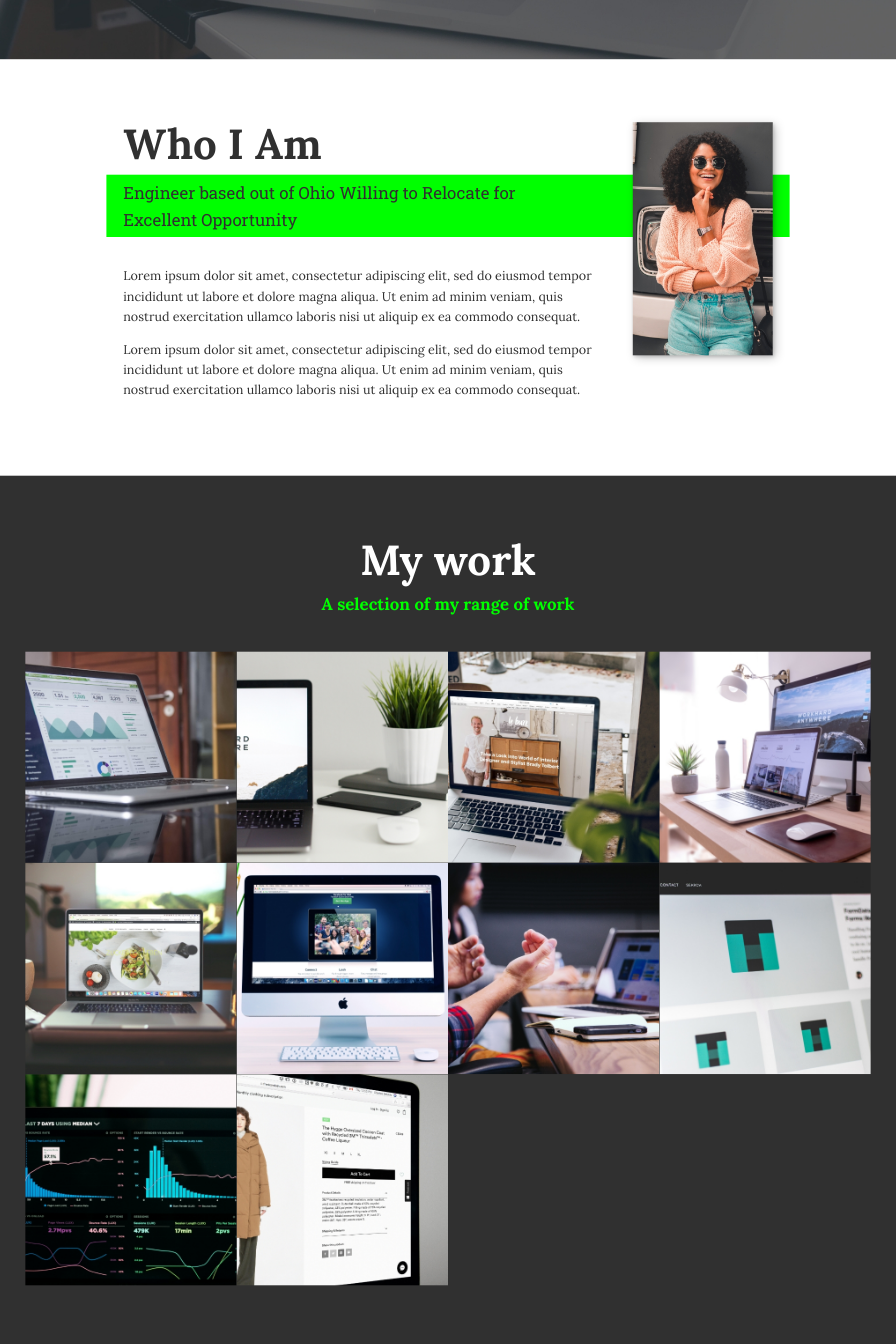
Repository: DinoDime/site
Page: index.html
The author's editor kept a copy of each file at every save. The page is drawn from the files as they stood at one save, then again after the next save.
The browser window is 1280 px wide. The pictures show the part of the page from y = 1141 to 3061 px (the page is 3313 px tall before and 3458 px after), at 70% of full size.
Some web libraries are served in a nearby version.

Above is the page before, as saved 2021-04-29 09:27:09.

### index.html
<!DOCTYPE html>
<html lang="en">
  <head>
    <link
      rel="stylesheet"
      href="https://cdnjs.cloudflare.com/ajax/libs/normalize/8.0.1/normalize.css"
    />
    <meta charset="UTF-8" />
    <meta name="viewport" content="width=device-width, initial-scale=1.0" />
    <title>Jess Perschke</title>
    <link
      rel="stylesheet"
      href="https://cdnjs.cloudflare.com/ajax/libs/normalize/7.0.0/normalize.min.css"
    />
    <link
      rel="stylesheet"
      href="https://cdnjs.cloudflare.com/ajax/libs/font-awesome/5.11.2/css/all.css"
      integrity="sha256-46qynGAkLSFpVbEBog43gvNhfrOj+BmwXdxFgVK/Kvc="
      crossorigin="anonymous"
    />

    <!-- Update these with your own fonts -->
    <link
      href="https://fonts.googleapis.com/css?family=Lora:400,700|Roboto+Slab:400,700&display=swap"
      rel="stylesheet"
    />

    <link rel="stylesheet" href="css/style.css" />
  </head>
  <body>
    <header>
      <button class="nav-toggle" aria-label="toggle navigation">
        <span class="hamburger"></span>
      </button>
      <nav class="nav">
        <ul class="nav__list">
          <li class="nav__item"><a href="#home" class="nav__link">Home</a></li>
          <li class="nav__item">
            <a href="#services" class="nav__link">My Services</a>
          </li>
          <li class="nav__item">
            <a href="#about" class="nav__link">About Me</a>
          </li>
          <li class="nav__item">
            <a href="#work" class="nav__link">My Work</a>
          </li>
        </ul>
      </nav>
    </header>

    <!-- Introduction -->
    <section class="intro" id="home">
      <h1 class="section__title section__title--intro">
        Hi, I'm <strong>Jess</strong>
      </h1>
      <p class="section__subtitle section__subtitle--intro">
        software engineer
      </p>
      <img
        src="img/jess.jpg"
        alt="a picture of Jess Perschke smiling"
        class="intro__img"
      />
    </section>

    <!-- My services -->
    <section class="my-services" id="services">
      <h2 class="section__title section__title--services">
        Experience and Resume
      </h2>
      <div class="services">
        <div class="service">
          <h3>Skills</h3>
          <p>
            Lorem ipsum dolor sit amet, consectetur adipiscing elit, sed do
            eiusmod tempor incididunt ut labore et dolore magna aliqua. Ut enim
            ad minim veniam, quis nostrud exercitation ullamco laboris nisi ut
            aliquip ex ea commodo consequat.
          </p>
        </div>
        <!-- / service -->

        <div class="service">
          <h3>Resume</h3>
          <p>
            Lorem ipsum dolor sit amet, consectetur adipiscing elit, sed do
            eiusmod tempor incididunt ut labore et dolore magna aliqua. Ut enim
            ad minim veniam, quis nostrud exercitation ullamco laboris nisi ut
            aliquip ex ea commodo consequat.
          </p>
        </div>
        <!-- / service -->

        <div class="service">
          <h3>Recommendation Letters</h3>
          <p>
            Lorem ipsum dolor sit amet, consectetur adipiscing elit, sed do
            eiusmod tempor incididunt ut labore et dolore magna aliqua. Ut enim
            ad minim veniam, quis nostrud exercitation ullamco laboris nisi ut
            aliquip ex ea commodo consequat.
          </p>
        </div>
        <!-- / service -->
      </div>
      <!-- / services -->

      <a href="#work" class="btn">My Work</a>
    </section>

    <!-- About me -->
    <section class="about-me" id="about">
      <h2 class="section__title section__title--about">Who I Am</h2>
      <p class="section__subtitle section__subtitle--about">
        Engineer based out of Ohio Willing to Relocate for Excellent Opportunity
      </p>

      <div class="about-me__body">
        <p>
          Lorem ipsum dolor sit amet, consectetur adipiscing elit, sed do
          eiusmod tempor incididunt ut labore et dolore magna aliqua. Ut enim ad
          minim veniam, quis nostrud exercitation ullamco laboris nisi ut
          aliquip ex ea commodo consequat.
        </p>
        <p>
          Lorem ipsum dolor sit amet, consectetur adipiscing elit, sed do
          eiusmod tempor incididunt ut labore et dolore magna aliqua. Ut enim ad
          minim veniam, quis nostrud exercitation ullamco laboris nisi ut
          aliquip ex ea commodo consequat.
        </p>
      </div>

      <img
        src="img/dev-jane-02.jpg"
        alt="Jane leaning against a bus"
        class="about-me__img"
      />
    </section>

    <!-- My Work -->
    <section class="my-work" id="work">
      <h2 class="section__title section__title--work">My work</h2>
      <p class="section__subtitle section__subtitle--work">
        A selection of my range of work
      </p>

      <div class="portfolio">
        <!-- Portfolio item 01 -->
        <a href="portfolio-item.html" class="portfolio__item">
          <img src="img/portfolio-01.jpg" alt="" class="portfolio__img" />
        </a>

        <!-- Portfolio item 02 -->
        <a href="portfolio-item.html" class="portfolio__item">
          <img src="img/portfolio-02.jpg" alt="" class="portfolio__img" />
        </a>

        <!-- Portfolio item 03 -->
        <a href="portfolio-item.html" class="portfolio__item">
          <img src="img/portfolio-03.jpg" alt="" class="portfolio__img" />
        </a>

        <!-- Portfolio item 04 -->
        <a href="portfolio-item.html" class="portfolio__item">
          <img src="img/portfolio-04.jpg" alt="" class="portfolio__img" />
        </a>

        <!-- Portfolio item 05 -->
        <a href="portfolio-item.html" class="portfolio__item">
          <img src="img/portfolio-05.jpg" alt="" class="portfolio__img" />
        </a>

        <!-- Portfolio item 06 -->
        <a href="portfolio-item.html" class="portfolio__item">
          <img src="img/portfolio-06.jpg" alt="" class="portfolio__img" />
        </a>

        <!-- Portfolio item 07 -->
        <a href="portfolio-item.html" class="portfolio__item">
          <img src="img/portfolio-07.jpg" alt="" class="portfolio__img" />
        </a>

        <!-- Portfolio item 08 -->
        <a href="#" class="portfolio__item">
          <img src="img/portfolio-08.jpg" alt="" class="portfolio__img" />
        </a>

        <!-- Portfolio item 09 -->
        <a href="#" class="portfolio__item">
          <img src="img/portfolio-09.jpg" alt="" class="portfolio__img" />
        </a>

        <!-- Portfolio item 0 0-->
        <a href="#" class="portfolio__item">
          <img src="img/portfolio-10.jpg" alt="" class="portfolio__img" />
        </a>
      </div>
    </section>

    <!-- Footer -->
    <footer class="footer">
      <!-- replace with your own email address -->
      <a href="mailto:jessicaperschke@mailbox.org" class="footer__link"
        >jessicaperschke@mailbox.org</a
      >
      <ul class="social-list">
        <li class="social-list__item">
          <a class="social-list__link" href="https://github.com">
            <i class="fab fa-github"></i>
          </a>
        </li>
      </ul>
    </footer>

    <script src="js/index.js"></script>
  </body>
</html>

### css/style.css
*,
*::before,
*::after {
  box-sizing: border-box;
}

/* Custom Properties, update these for your own design */

:root {
  --ff-primary: "Lora", serif;
  --ff-secondary: "Roboto Slab", serif;

  --fw-reg: 400;
  --fw-bold: 700;

  --clr-light: #fff;
  --clr-dark: #303030;
  --clr-accent: lime;

  --fs-h1: 3rem;
  --fs-h2: 2.25rem;
  --fs-h3: 1.25rem;
  --fs-body: 1rem;

  --bs: 0.25em 0.25em 0.75em rgba(0, 0, 0, 0.25),
    0.125em 0.125em 0.25em rgba(0, 0, 0, 0.15);
}

@media (min-width: 800px) {
  :root {
    --fs-h1: 4.5rem;
    --fs-h2: 3.75rem;
    --fs-h3: 1.5rem;
    --fs-body: 1.125rem;
  }
}

/* General styles */

/* endable this to add smooth scrolling */
/* html {
    scroll-behavior: smooth;
} */

body {
  background: var(--clr-light);
  color: var(--clr-dark);
  margin: 0;
  font-family: var(--ff-primary);
  font-size: var(--fs-body);
  line-height: 1.6;
}

section {
  padding: 5em 2em;
}

img {
  display: block;
  max-width: 100%;
}

strong {
  font-weight: var(--fw-bold);
}

:focus {
  outline: 3px solid var(--clr-accent);
  outline-offset: 3px;
}

/* Buttons */

.btn {
  display: inline-block;
  padding: 0.5em 2.5em;
  background: var(--clr-accent);
  color: var(--clr-dark);
  text-decoration: none;
  cursor: pointer;
  font-size: 0.8rem;
  text-transform: uppercase;
  letter-spacing: 2px;
  font-weight: var(--fw-bold);
  transition: transform 200ms ease-in-out;
}

.btn:hover {
  transform: scale(1.1);
}

/* Typography */

h1,
h2,
h3 {
  line-height: 1;
  margin: 0;
}

h1 {
  font-size: var(--fs-h1);
}
h2 {
  font-size: var(--fs-h2);
}
h3 {
  font-size: var(--fs-h3);
}

.section__title {
  margin-bottom: 0.25em;
}

.section__title--intro {
  font-weight: var(--fw-reg);
}

.section__title--intro strong {
  display: block;
}

.section__subtitle {
  margin: 0;
  font-size: var(--fs-h3);
}

.section__subtitle--intro,
.section__subtitle--about {
  background: var(--clr-accent);
  padding: 0.25em 1em;
  font-family: var(--ff-secondary);
  margin-bottom: 1em;
}

.section__subtitle--work {
  color: var(--clr-accent);
  font-weight: var(--fw-bold);
  margin-bottom: 2em;
}

/* header */

header {
  display: flex;
  justify-content: space-between;
  padding: 1em;
}

.logo {
  max-width: 100px;
}

.nav {
  position: fixed;
  background: var(--clr-dark);
  color: var(--clr-light);
  top: 0;
  bottom: 0;
  left: 0;
  right: 0;
  z-index: 100;

  transform: translateX(100%);
  transition: transform 250ms cubic-bezier(0.5, 0, 0.5, 1);
}

.nav__list {
  list-style: none;
  display: flex;
  height: 100%;
  flex-direction: column;
  justify-content: space-evenly;
  align-items: center;
  margin: 0;
  padding: 0;
}

.nav__link {
  color: inherit;
  font-weight: var(--fw-bold);
  font-size: var(--fs-h2);
  text-decoration: none;
}

.nav__link:hover {
  color: var(--clr-accent);
}

.nav-toggle {
  padding: 0.5em;
  background: transparent;
  border: 0;
  cursor: pointer;
  position: absolute;
  right: 1em;
  top: 1em;
  z-index: 1000;
}

.nav-open .nav {
  transform: translateX(0);
}

.nav-open .nav-toggle {
  position: fixed;
}

.nav-open .hamburger {
  transform: rotate(0.625turn);
}

.nav-open .hamburger::before {
  transform: rotate(90deg) translateX(-6px);
}

.nav-open .hamburger::after {
  opacity: 0;
}

.hamburger {
  display: block;
  position: relative;
}

.hamburger,
.hamburger::before,
.hamburger::after {
  background: var(--clr-accent);
  width: 2em;
  height: 3px;
  border-radius: 1em;
  transition: transform 250ms ease-in-out;
}

.hamburger::before,
.hamburger::after {
  content: "";
  position: absolute;
  left: 0;
  right: 0;
}

.hamburger::before {
  top: 6px;
}
.hamburger::after {
  bottom: 6px;
}

/*  Intro section  */

.intro {
  position: relative;
}

.intro__img {
  box-shadow: var(--bs);
}

.section__subtitle--intro {
  display: inline-block;
}

@media (min-width: 600px) {
  .intro {
    display: grid;
    width: min-content;
    margin: 0 auto;
    grid-column-gap: 1em;
    grid-template-areas:
      "img title"
      "img subtitle";
    grid-template-columns: min-content max-content;
  }

  .intro__img {
    grid-area: img;
    min-width: 250px;
    position: relative;
    z-index: 2;
  }

  .section__subtitle--intro {
    align-self: start;
    grid-column: -1 / 1;
    grid-row: 2;
    text-align: right;
    position: relative;
    left: -1.5em;
    width: calc(100% + 1.5em);
  }
}

/*  My services section  */

.my-services {
  background-color: var(--clr-dark);
  background-image: url(../img/services-bg.jpg);
  background-size: cover;
  /* background-blend-mode: multiply; */
  color: var(--clr-light);
  text-align: center;
}

.section__title--services {
  color: var(--clr-accent);
  position: relative;
}

.section__title--services::after {
  content: "";
  display: block;
  width: 2em;
  height: 1px;
  margin: 0.5em auto 1em;
  background: var(--clr-light);
  opacity: 0.25;
}

.services {
  margin-bottom: 4em;
}

.service {
  max-width: 500px;
  margin: 0 auto;
}

@media (min-width: 800px) {
  .services {
    display: flex;
    max-width: 1000px;
    margin-left: auto;
    margin-right: auto;
  }

  .service + .service {
    margin-left: 2em;
  }
}

.about-me {
  max-width: 1000px;
  margin: 0 auto;
}

.about-me__img {
  box-shadow: var(--bs);
}

@media (min-width: 600px) {
  .about-me {
    display: grid;
    grid-template-columns: 1fr 200px;
    grid-template-areas:
      "title img"
      "subtitle img"
      "text img";
    grid-column-gap: 2em;
  }

  .section__title--about {
    grid-area: title;
  }

  .section__subtitle--about {
    grid-column: 1 / -1;
    grid-row: 2;
    position: relative;
    left: -1em;
    width: calc(100% + 2em);
    padding-left: 1em;
    padding-right: calc(200px + 4em);
  }

  .about-me__img {
    grid-area: img;
    position: relative;
    z-index: 2;
  }
}

/* My Work */

.my-work {
  background-color: var(--clr-dark);
  color: var(--clr-light);
  text-align: center;
}

.portfolio {
  display: grid;
  grid-template-columns: repeat(auto-fit, minmax(300px, 1fr));
}

.portfolio__item {
  background: var(--clr-accent);
  overflow: hidden;
}

.portfolio__img {
  transition: transform 750ms cubic-bezier(0.5, 0, 0.5, 1), opacity 250ms linear;
}

.portfolio__item:focus {
  position: relative;
  z-index: 2;
}

.portfolio__img:hover,
.portfolio__item:focus .portfolio__img {
  transform: scale(1.2);
  opacity: 0.5;
}

/* footer */

.footer {
  background: #111;
  color: var(--clr-accent);
  text-align: center;
  padding: 2.5em 0;
  font-size: var(--fs-h3);
}

.footer a {
  color: inherit;
  text-decoration: none;
}

.footer__link {
  font-weight: var(--fw-bold);
}

.footer__link:hover,
.social-list__link:hover {
  opacity: 0.7;
}

.footer__link:hover {
  text-decoration: underline;
}

.social-list {
  list-style: none;
  display: flex;
  justify-content: center;
  margin: 2em 0 0;
  padding: 0;
}

.social-list__item {
  margin: 0 0.5em;
}

.social-list__link {
  padding: 0.5em;
}

/* Individual portfolio item styles */

.portfolio-item-individual {
  padding: 0 2em 2em;
  max-width: 1000px;
  margin: 0 auto;
}

.portfolio-item-individual p {
  max-width: 600px;
  margin-left: auto;
  margin-right: auto;
}

Loaded but not shown: js/index.js (no copy from this time; the picture is the same without it)

After the next save:
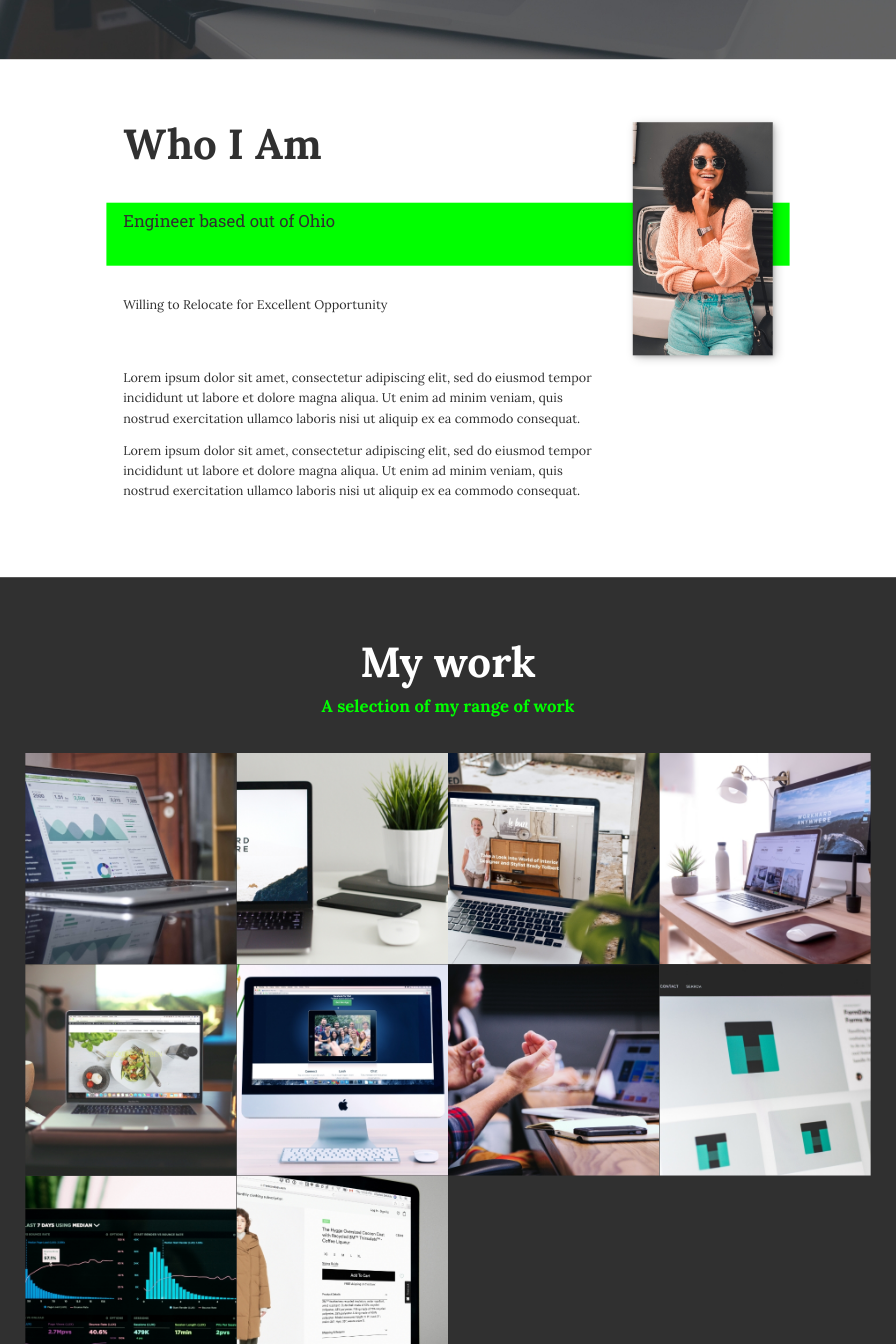
Saved 52 s later.
--- a/index.html
+++ b/index.html
@@ -111,8 +111,9 @@
     <section class="about-me" id="about">
       <h2 class="section__title section__title--about">Who I Am</h2>
       <p class="section__subtitle section__subtitle--about">
-        Engineer based out of Ohio Willing to Relocate for Excellent Opportunity
+        Engineer based out of Ohio
       </p>
+      <p>Willing to Relocate for Excellent Opportunity</p>
 
       <div class="about-me__body">
         <p>
